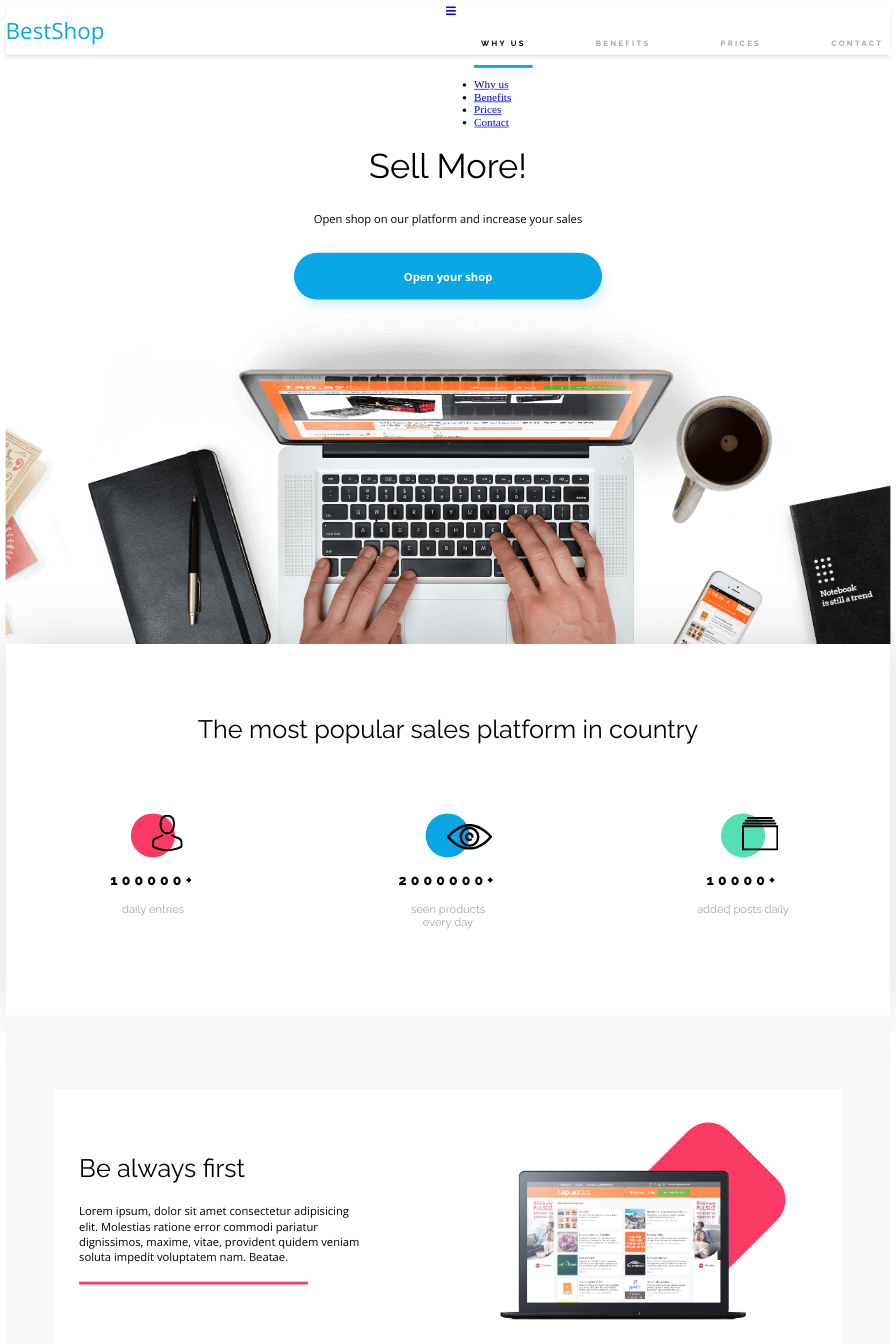
Repository: insolt/BestShop
Page: index.html
An editor plug-in stored every save of this project. The page is shown before and after the next save, followed by the edit.
The browser window is 1280 px wide. The pictures show the part of the page from y = 0 to 1920 px (the page is 4358 px tall), at 70% of full size.
The style sheet was rebuilt from its Sass, Less or Tailwind sources for each picture, by a compiler version that may differ from the author's.

Above is the page before, as saved 2020-09-15 17:25:57.

### index.html
<!DOCTYPE html>
<html lang="en">

<head>
    <meta charset="UTF-8">
    <meta name="viewport" content="width=device-width, initial-scale=1.0">
    <meta name="description" content="BestShop offers online shops managing services. Market leading company, the most experienced team in Europe, flexible customer approach. We change your ideas into profitable business">
    <meta name="keywords" content="BestShop, online shopping, shop, service, managing, customer">
    <meta name="author" content="Michal Bornikowski">
    <!--tags for IE-->
    <meta http-equiv="X=Ua-Compatible" content="IE=egde,chrome-1">
    <title>BestShop</title>
    <link href="https://fonts.googleapis.com/css2?family=Open+Sans:wght@300;400;700&family=Raleway:wght@300;400;700;800&display=swap" rel="stylesheet">
    <link rel="stylesheet" href="css/main.css">
    <link rel="stylesheet" href="https://use.fontawesome.com/releases/v5.7.2/css/all.css" integrity="sha384-fnmOCqbTlWIlj8LyTjo7mOUStjsKC4pOpQbqyi7RrhN7udi9RwhKkMHpvLbHG9Sr" crossorigin="anonymous">
    <link rel="icon" href="favicon.ico">
</head>

<body>

    <header class="page-header">
        <div class="container">
            <p class="page-header__logo">
                BestShop
            </p>
            <nav class="page-header__nav">
                <div class="page-header__mobile-menu--hamburger-icon">
                    <a href="#open-menu" class="page-header__mobile-menu--hamburger-icon-link"><span  class="fas fa-bars"></span></a>
                </div>

                <ul class="page-header__nav--list">
                    <li class="page-header__nav--el">
                        <a href="#" class="page-header__nav--link header__nav--active">Why us</a>
                    </li>
                    <li class="page-header__nav--el">
                        <a href="#" class="page-header__nav--link">Benefits</a>
                    </li>
                    <li class="page-header__nav--el">
                        <a href="#" class="page-header__nav--link">Prices</a>
                    </li>
                    <li class="page-header__nav--el">
                        <a href="#" class="page-header__nav--link">Contact</a>
                    </li>
                </ul>
                <div class="page-header__mobile-menu">

                    <ul class="page-header__mobile--list">
                        <li class="page-header__mobile--el">
                            <a href="#" class="page-header__mobile--link header__mobile--active">Why us</a>
                        </li>
                        <li class="page-header__mobile--el">
                            <a href="#" class="page-header__mobile--link">Benefits</a>
                        </li>
                        <li class="page-header__mobile--el">
                            <a href="#" class="page-header__mobile--link">Prices</a>
                        </li>
                        <li class="page-header__mobile--el">
                            <a href="#" class="page-header__mobile--link">Contact</a>
                        </li>
                    </ul>
                </div>

            </nav>
        </div>


    </header>

    <section class="section-opening">
        <div class="container">
            <h1 class="section-opening__title">
                Sell More!
            </h1>
            <p class="section-opening__text">
                Open shop on our platform and increase your sales
            </p>
            <a href="" class="section-opening__link">
                Open your shop
            </a>
        </div>
    </section>

    <section class="section-stats">
        <div class="container">
            <h2 class="section-stats__title">
                The most popular sales platform in country
            </h2>
            <div class="section-stats__selection">
                <div class="section-stats__box">
                    <div class="section-stats__box--icon stats__icon--person"></div>
                    <p class="section-stats__box--value">
                        100000+
                    </p>
                    <p class="section-stats__box--note">
                        daily entries
                    </p>
                </div>
                <div class="section-stats__box">
                    <div class="section-stats__box--icon stats__icon--eye"></div>
                    <p class="section-stats__box--value">
                        2000000+
                    </p>
                    <p class="section-stats__box--note">
                        seen products every day
                    </p>
                </div>
                <div class="section-stats__box ">
                    <div class="section-stats__box--icon stats__icon--catalog"></div>
                    <p class="section-stats__box--value ">
                        10000+
                    </p>
                    <p class="section-stats__box--note">
                        added posts daily
                    </p>
                </div>
            </div>
        </div>
    </section>

    <section class="articles">
        <div class="container">
            <article class="article-top">
                <div class="article-top__content">
                    <h2 class="article-top__title">
                        Be always first
                    </h2>
                    <p class="article-top__text">
                        Lorem ipsum, dolor sit amet consectetur adipisicing elit. Molestias ratione error commodi pariatur dignissimos, maxime, vitae, provident quidem veniam soluta impedit voluptatem nam. Beatae.
                    </p>
                </div>
                <div class="article-top__aside">
                    <div class="article-top__aside--bg">
                    </div>
                    <div class="article-top__aside--photo">
                    </div>
                </div>
            </article>
            <article class="article-medium">
                <div class="article-medium__aside">
                    <div class="article-medium__aside--bg">
                    </div>
                    <div class="article-medium__aside--photo">
                    </div>
                </div>
                <div class="article-medium__content">
                    <h2 class="article-medium__title">
                        Your shop is where you are!
                    </h2>
                    <p class="article-medium__text">
                        Lorem ipsum, dolor sit amet consectetur adipisicing elit. Molestias ratione error commodi pariatur dignissimos, maxime, vitae, provident quidem veniam soluta impedit voluptatem nam. Beatae.
                    </p>
                </div>
            </article>
            <artlicle class="article-bottom">
                <div class="article-bottom__galley">
                    <div class="article-bottom__galley--content">
                        <h2 class="article-bottom__galley--title">
                            Increase recognition your brand!
                        </h2>
                        <p class="article-bottom__galley--text">
                            Lorem ipsum, dolor sit amet consectetur adipisicing elit. Molestias ratione error commodi pariatur dignissimos, maxime, vitae, provident quidem veniam soluta impedit voluptatem nam. Beatae.
                        </p>
                    </div>
                </div>
                <div class="article-bottom__trumpet">
                    <div class="article-bottom__trumpet--bg">
                    </div>
                    <div class="article-bottom__trumpet--photo">
                    </div>
                </div>
            </artlicle>
        </div>
    </section>

    <section class="section-pricing">
        <div class="container">
            <div class="section-pricing__offer">
                <h2 class="section-pricing__offer--title">
                    Pricing
                </h2>
                <div class="section-pricing__offer--content">
                    <div class="section-pricing__offer-basic">
                        <div class="section-pricing__offer-basic--top">
                            <h3 class="section-pricing__offer-basic--title">
                                Basic
                            </h3>
                            <p class="section-pricing__offer-basic--price">
                                $0
                            </p>
                        </div>
                        <ul class="section-pricing__offer-basic--list">
                            <li class="section-pricing__offer-basic--item">
                                100 MB HDD
                            </li>
                            <li class="section-pricing__offer-basic--item">
                                1 Subdomain
                            </li>
                            <li class="section-pricing__offer-basic--item">
                                2 E-mails
                            </li>
                            <li class="section-pricing__offer-basic--item">
                                Two years license
                            </li>
                            <li class="section-pricing__offer-basic--item">
                                Full support
                            </li>
                        </ul>
                        <a href="" class="section-pricing__offer-basic--confirm">Begin</a>
                    </div>
                    <div class="section-pricing__offer-professional">
                        <div class="section-pricing__offer-profesional--top">
                            <h3 class="section-pricing__offer-professional--title">
                                Professional
                            </h3>
                            <p class="section-pricing__offer-professional--price">
                                $25
                            </p>
                            <p class="section-pricing__offer-professional--note">
                                Limited offer
                            </p>
                        </div>
                        <ul class="section-pricing__offer-professional--list">
                            <li class="section-pricing__offer-professional--item">
                                500 MB HDD
                            </li>
                            <li class="section-pricing__offer-professional--item">
                                2 Subdomain
                            </li>
                            <li class="section-pricing__offer-professional--item">
                                5 E-mails
                            </li>
                            <li class="section-pricing__offer-professional--item">
                                One year license
                            </li>
                            <li class="section-pricing__offer-professional--item">
                                Full support
                            </li>
                        </ul>
                        <a href=" " class="section-pricing__offer-professional--confirm">Begin</a>
                    </div>
                    <div class="section-pricing__offer-premium">
                        <div class="section-pricing__offer-premium--top">
                            <h3 class="section-pricing__offer-premium--title">
                                Premium
                            </h3>
                            <p class="section-pricing__offer-premium--price">
                                $60
                            </p>
                            <p class="section-pricing__offer-premium--note">
                                Limited offer
                            </p>
                        </div>
                        <ul class="section-pricing__offer-premium--list">
                            <li class="section-pricing__offer-premium--item">
                                2 GB HDD
                            </li>
                            <li class="section-pricing__offer-premium--item">
                                5 Subdomain
                            </li>
                            <li class="section-pricing__offer-premium--item">
                                20 E-mails
                            </li>
                            <li class="section-pricing__offer-premium--item">
                                Two years license
                            </li>
                            <li class="section-pricing__offer-premium--item">
                                Full support
                            </li>
                        </ul>
                        <a href=" " class="section-pricing__offer-premium--confirm">Begin</a>
                    </div>
                </div>
            </div>
        </div>
    </section>

    <section class="form">
        <div class="container">
            <div class="form__contact-details">
                <h2 class="form__contact-detail--title">
                    Any questions?
                </h2>
                <p class="form__contact-detail--text">
                    Leave your email address or call us!
                </p>
                <ul class="form__contact-detail--list">
                    <li class="form__contact-detail--item">
                        info@bestshop.xyz
                    </li>
                    <li class="form__contact-detail--item">
                        123 456 789
                    </li>
                </ul>
            </div>
            <div class="form__user-details">
                <form action="" class="form__user-details--form">
                    <div class="form__user-details--form-inputs">
                        <div class="form__user-details--name">
                            <label for="name" class="form__user-details--name-label">Name</label>
                            <input class="form__user-details--name-input" type="text" id="name" name="name" placeholder="">
                        </div>
                        <div class="form__user-details--email">
                            <label for="email" class="form__user-details--email-label">Email</label>
                            <input class="form__user-details--email-input" type="text" id="emaile" name="email" placeholder="">
                        </div>
                    </div>
                    <div class="form__user-details--checkbox">
                        <input type="checkbox" class="form__user-details--checkbox-input" name="regulation" id="regulation">
                        <label for="regulation" class="form__user-details--checkbox-label">I hereby give consent for my personal data included in my application to be processed for the purposes of the recruitment process under the European Parliament's and Council of the European Union Regulation on the Protection of Natural Persons as of 27 April 2016, with regard to the processing of personal data and of the free movement of such data, and repealing Directive 95/46/EC (Data Protection Directive)</label>
                    </div>
                    <div class="form__user-details--btn">
                        <button type="submit" class="form__user-details--btn-submit">Send</button>
                    </div>
                </form>
            </div>
        </div>
    </section>

    <footer class="page-footer">
        <div class="container">
            <div class="page-footer__despcription">
                <p class="page-footer__logo">
                    BestShop
                </p>
                <p class="page-footer__copyrights">
                    &copy; 2019 BestShop LTD, All Rights Reserved
                </p>
            </div>
            <div class="page-footer__links">
                <a href="https://www.twitter.com" class="page-footer__twitter">
                    <img src="assets/twitter.svg" class="page-footer__twitter-icon">
                </a>
                <a href="https://www.facebook.com" class="page-footer__facebook">
                    <img src="assets/facebook.svg" class="page-footer__facebook-icon">
                </a>
            </div>
        </div>
    </footer>
</body>

</html>

Loaded but not shown: scss/main.scss (964 lines, source omitted)

After the next save:
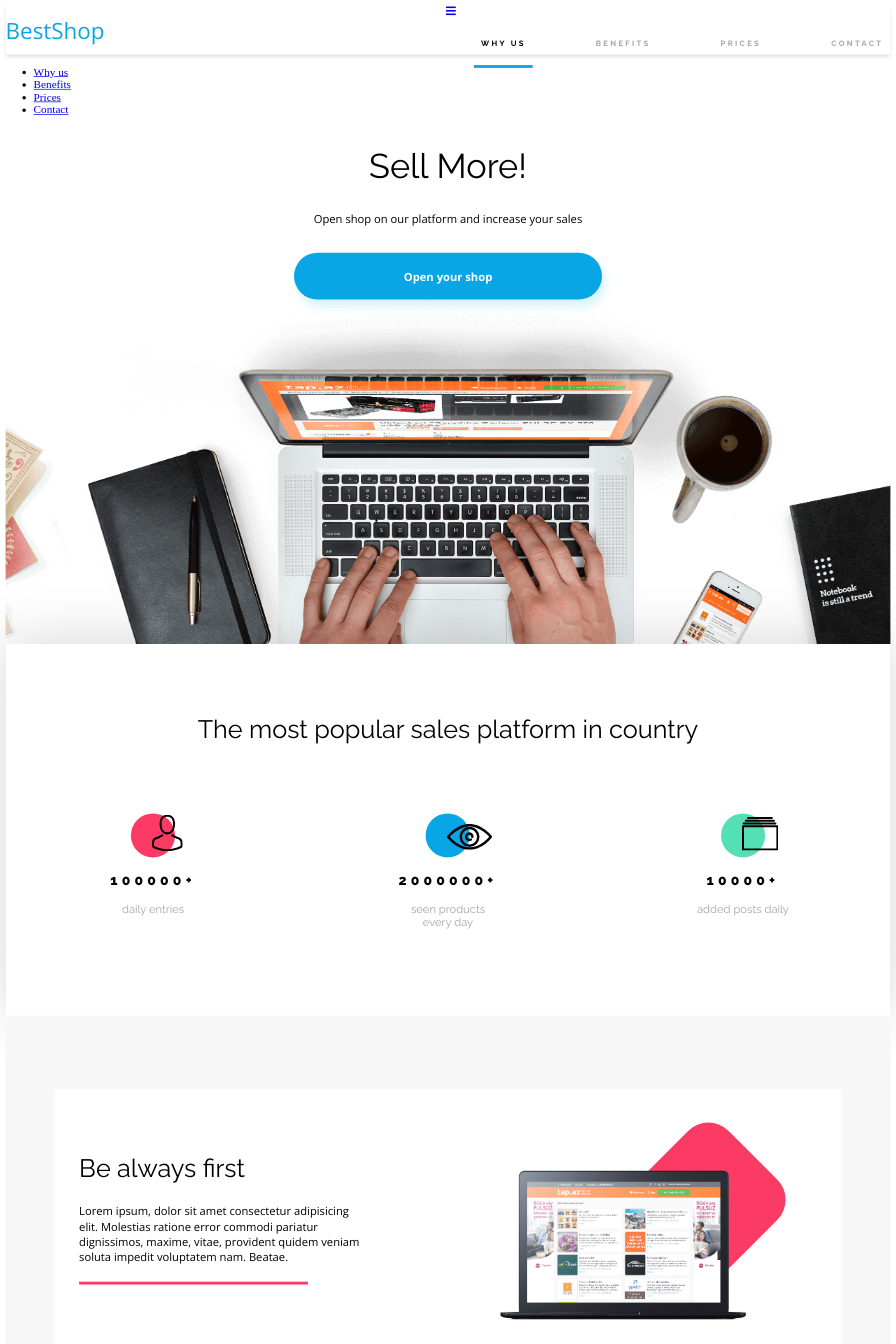
Saved 18 s later.
--- a/index.html
+++ b/index.html
@@ -42,26 +42,27 @@
                         <a href="#" class="page-header__nav--link">Contact</a>
                     </li>
                 </ul>
-                <div class="page-header__mobile-menu">
-
-                    <ul class="page-header__mobile--list">
-                        <li class="page-header__mobile--el">
-                            <a href="#" class="page-header__mobile--link header__mobile--active">Why us</a>
-                        </li>
-                        <li class="page-header__mobile--el">
-                            <a href="#" class="page-header__mobile--link">Benefits</a>
-                        </li>
-                        <li class="page-header__mobile--el">
-                            <a href="#" class="page-header__mobile--link">Prices</a>
-                        </li>
-                        <li class="page-header__mobile--el">
-                            <a href="#" class="page-header__mobile--link">Contact</a>
-                        </li>
-                    </ul>
-                </div>
-
-            </nav>
-        </div>
+
+        </div>
+
+        </nav>
+        </div>
+        <div class="page-header__mobile-menu">
+
+            <ul class="page-header__mobile--list">
+                <li class="page-header__mobile--el">
+                    <a href="#" class="page-header__mobile--link header__mobile--active">Why us</a>
+                </li>
+                <li class="page-header__mobile--el">
+                    <a href="#" class="page-header__mobile--link">Benefits</a>
+                </li>
+                <li class="page-header__mobile--el">
+                    <a href="#" class="page-header__mobile--link">Prices</a>
+                </li>
+                <li class="page-header__mobile--el">
+                    <a href="#" class="page-header__mobile--link">Contact</a>
+                </li>
+            </ul>
 
 
     </header>
